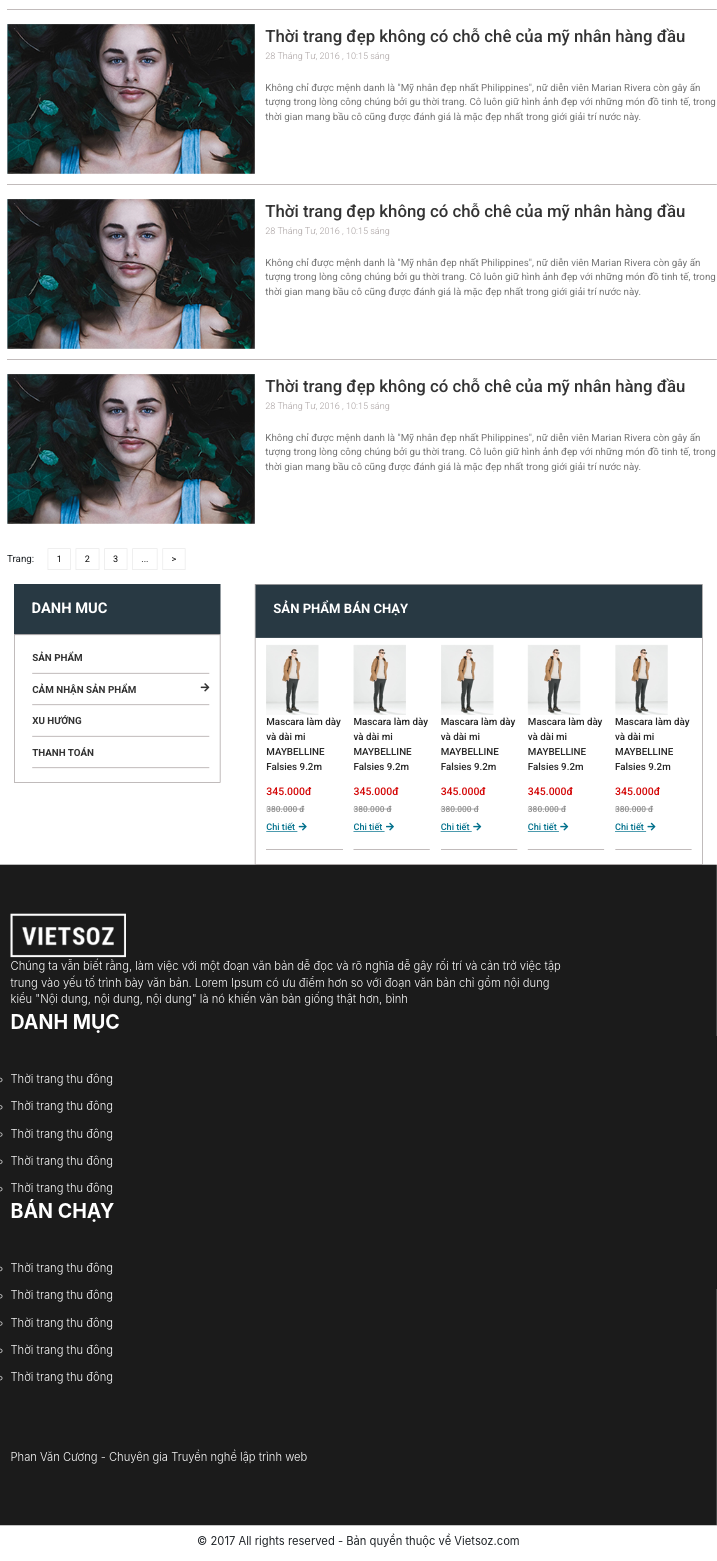
Repository: vinhtk0209/Vietsoz-reponsive
Page: index.html
These files come from the project's save history. The page is drawn as it stood at one moment and after the next save; the edit follows.
The browser window is 1024 px wide. The pictures show the part of the page from y = 1425 to 3665 px (the page is 3655 px tall before and 3665 px after), at 70% of full size.

Above is the page before, as saved 2021-10-24 16:48:07.

After the next save:
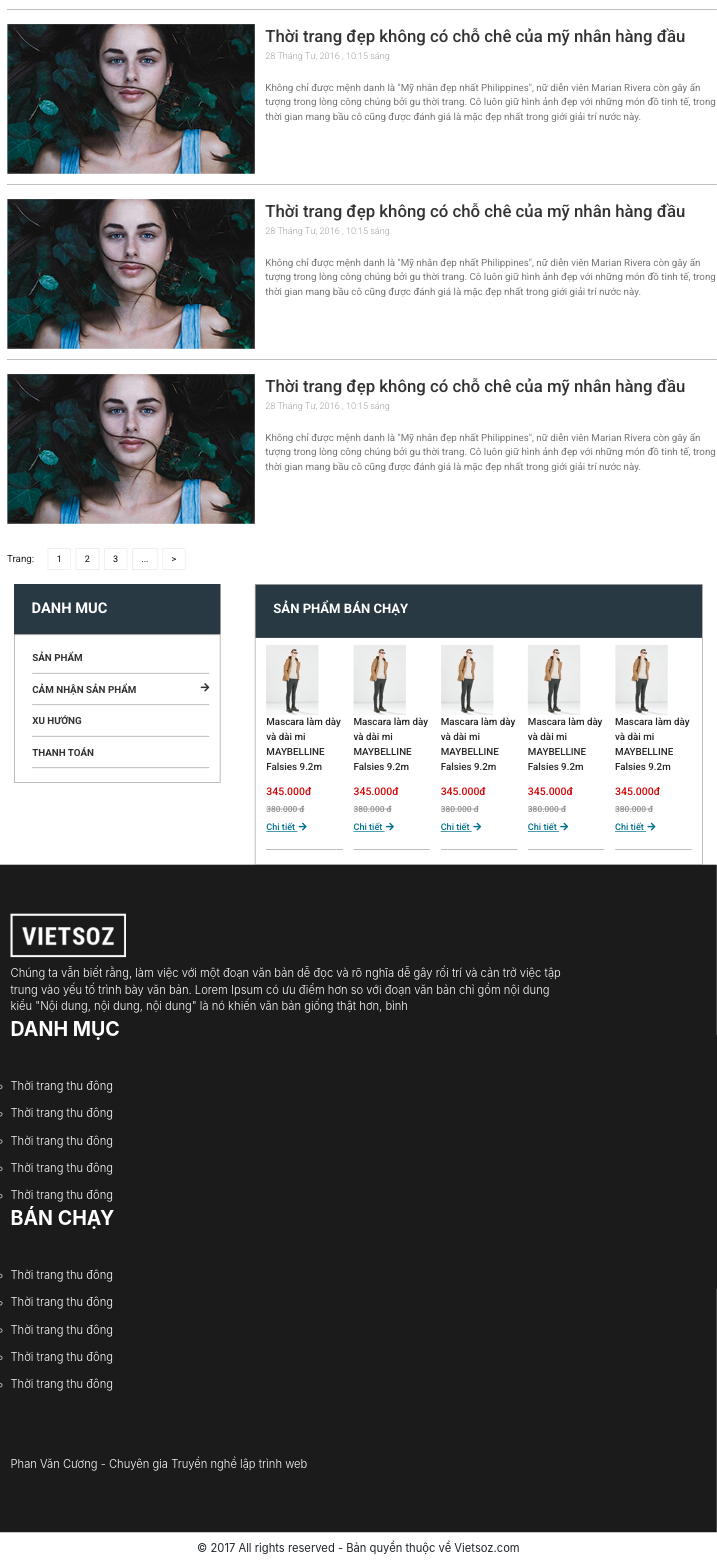
Saved 8 s later.
--- a/assets/css/reponsive.css
+++ b/assets/css/reponsive.css
@@ -44,7 +44,7 @@
         padding-right: 200px;
     }
     .footer .footer-content .footer-info p {
-       padding-top: 0;
+       padding-top: 10px;
 
     }
 }
